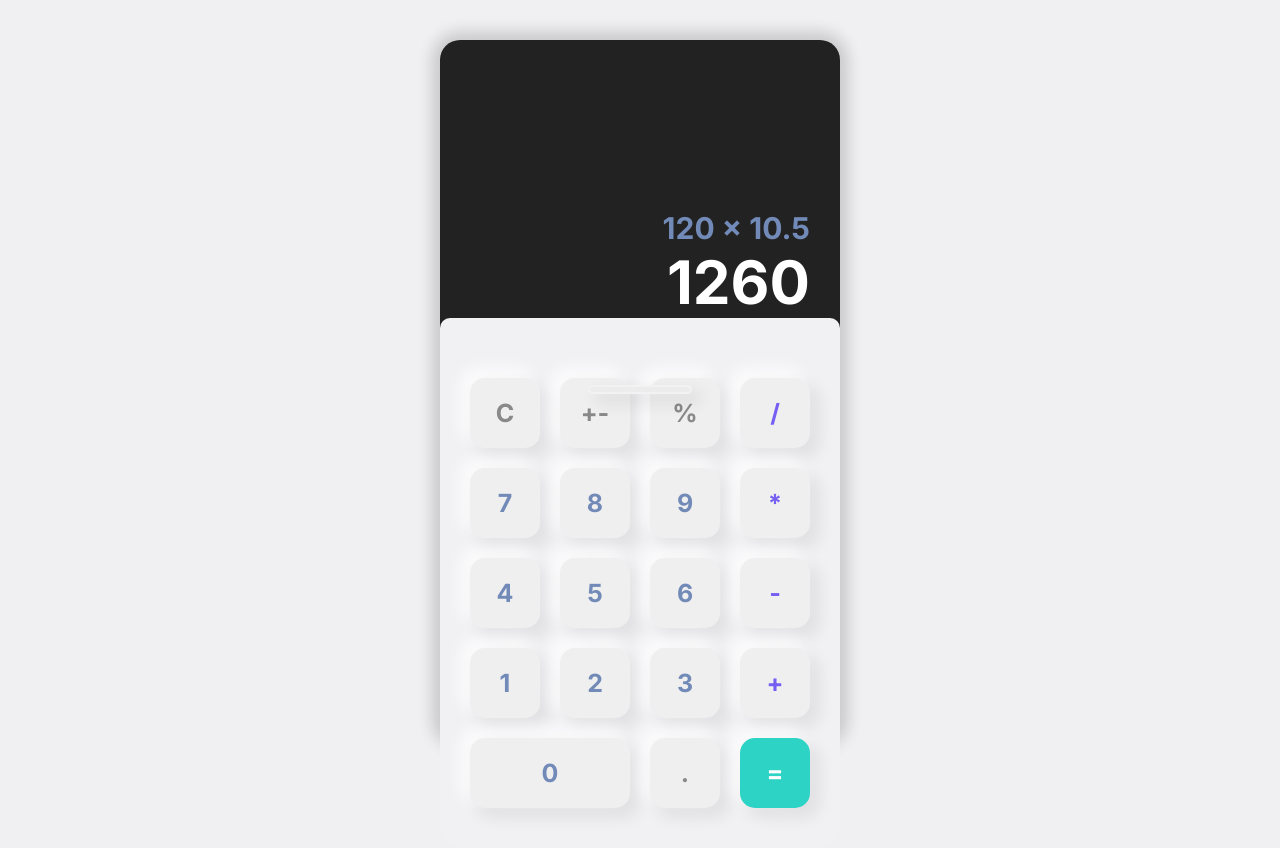
Repository: BrunoBross/calculator
Page: index.html
The author's editor kept a copy of each file at every save. The page is drawn from the files as they stood at one save, then again after the next save.
The browser window is 1280 px wide. The pictures show the whole page.

Above is the page before, as saved 2021-11-30 23:59:23.

### index.html
<!DOCTYPE html>
<html lang="en">
<head>
  <meta charset="UTF-8">
  <meta http-equiv="X-UA-Compatible" content="IE=edge">
  <meta name="viewport" content="width=device-width, initial-scale=1.0">
  <title>Calculator</title>
  <link rel="stylesheet" href="./style.css">
  <link rel="preconnect" href="https://fonts.googleapis.com">
  <link rel="preconnect" href="https://fonts.gstatic.com" crossorigin>
  <link href="https://fonts.googleapis.com/css2?family=Inter:wght@400;500;700&display=swap" rel="stylesheet">
</head>
<body>
  <main>
    <div class="calculator">
      <div class="view">
        <span id="history">120 x 10.5</span>
        <span id="result">1260</span>
      </div>
      <div class="buttons">
        <div id="effect"></div>
        <button class="extra" id="reset">C</button>
        <button class="extra" id="moreless">+-</button>
        <button class="extra" id="percent">%</button>
        <button class="operator" id="division">/</button>
        <button class="number" id="seven">7</button>
        <button class="number" id="eight">8</button>
        <button class="number" id="nine">9</button>
        <button class="operator" id="multiply">*</button>
        <button class="number" id="four">4</button>
        <button class="number" id="five">5</button>
        <button class="number" id="six">6</button>
        <button class="operator" id="less">-</button>
        <button class="number" id="one">1</button>
        <button class="number" id="two">2</button>
        <button class="number" id="three">3</button>
        <button class="operator" id="plus">+</button>
        <button class="number" id="zero">0</button>
        <button class="extra" id="dot">.</button>
        <button class="equals" id="equals">=</button>
      </div>
    </div>
    <div class="frufrus">
      <div class="small-square"></div>
      <div class="square"></div>
      <div class="small-circle"></div>
      <div class="circle"></div>
    </div>
  </main>
</body>
<script src="./script.js"></script>
</html>

### style.css
*{
  padding: 0;
  margin: 0;
  font-family: 'Inter', sans-serif;
  font-weight: 700;
}

body{
  background-color: #F0F0F3;
}

main{
  display: flex;
  justify-content: center;
  margin-top: 40px;
}

.calculator{
  background-color: #232222;
  display: flex;
  flex-direction: column;
  width: 400px;
  height: 700px;
  border-radius: 20px;
  box-shadow: 0 0 15px 8px #0000002a;
}

.view{
  display: flex;
  flex-direction: column;
  align-items: flex-end;
  height: 200px;
  margin-top: 170px;
  margin-right: 30px;
}

.view > span{
  color: #FFF;
  font-size: 60px;
}

#history{
  font-size: 30px;
  color: #728AB7;
}

.buttons{
  padding-top: 60px;
  padding-bottom: 40px;
  background-color: #F1F1F4;
  display: flex;
  justify-content: center;
  flex-wrap: wrap;
  gap: 20px;
  border-radius: 10px 10px 20px 20px;
}

.buttons > button{
  box-shadow: 8px 8px 15px 3px #00000010, -8px -8px 15px 3px #ffffffb0;
  border: none;
  height: 70px;
  width: 70px;
  border-radius: 15px;
  cursor: pointer;
  transition: 0.3s;
  font-size: 25px;
}

button:hover{
  background-color: #cccccc;
}

.equals:hover{
  background-color: #28a59a;
}

#zero{
  width: 160px;
}

.number{
  color: #728AB7;
}

.operator{
  color: #745FF2;
}

.equals{
  color: white;
  background-color: #2DD3C5;
}

.extra{
  color: #898989;
}

#effect{
  background-color: rgb(236, 236, 236);
  border: 2px solid #f3f2f2;
  border-radius: 5px;
  box-shadow: 8px 8px 15px 3px #00000010;
  height: 5px;
  width: 100px;
  position: absolute;
  top: 385px;
}

.frufrus{
  height: 100%;
}

.small-square{
  height: 250px;
  width: 200px;
  position: absolute;
  border-radius: 15px;
  top: 160px;
  left: 120px;
  box-shadow: 8px 8px 15px 3px #0000001c, -8px -8px 15px 3px #ffffff;}

.square{
  height: 300px;
  width: 300px;
  position: absolute;
  border-radius: 15px;
  top: 100px;
  right: 200px;
  box-shadow: 8px 8px 15px 3px #0000001c, -8px -8px 15px 3px #ffffff;}

.small-circle{
  height: 200px;
  width: 200px;
  position: absolute;
  border-radius: 50%;
  bottom: 100px;
  right: 140px;
  box-shadow: 8px 8px 15px 3px #0000001c, -8px -8px 15px 3px #ffffff;
}

.circle{
  height: 300px;
  width: 300px;
  position: absolute;
  border-radius: 50%;
  bottom: -80px;
  left: 140px;
  box-shadow: 8px 8px 15px 3px #0000001c, -8px -8px 15px 3px #ffffff;
}

@media only screen and (max-width: 1600px) {
  .frufrus{
    display: none;
  }
}

Loaded but not shown: script.js (no copy from this time; the picture is the same without it)

After the next save:
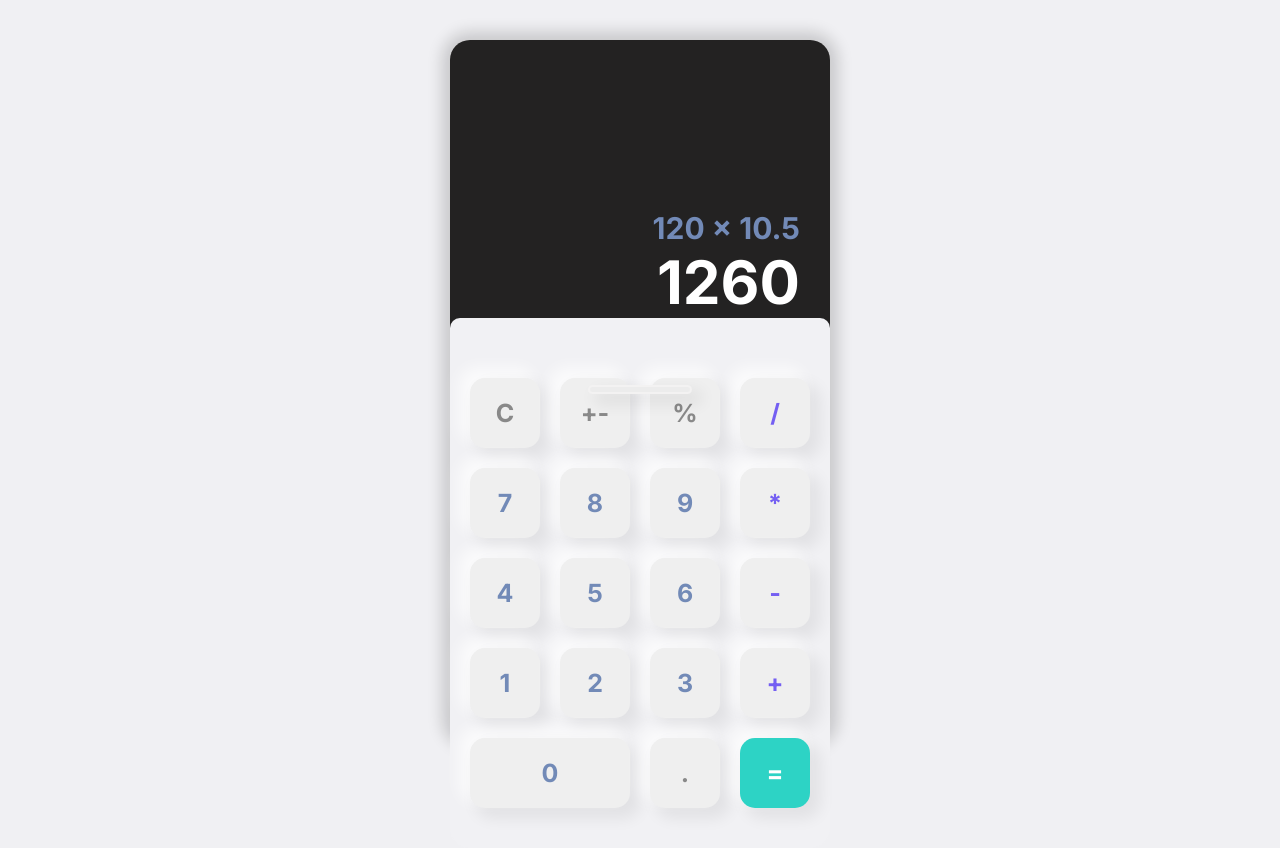
Saved 7 s later.
--- a/style.css
+++ b/style.css
@@ -19,7 +19,7 @@ main{
   background-color: #232222;
   display: flex;
   flex-direction: column;
-  width: 400px;
+  width: 380px;
   height: 700px;
   border-radius: 20px;
   box-shadow: 0 0 15px 8px #0000002a;
